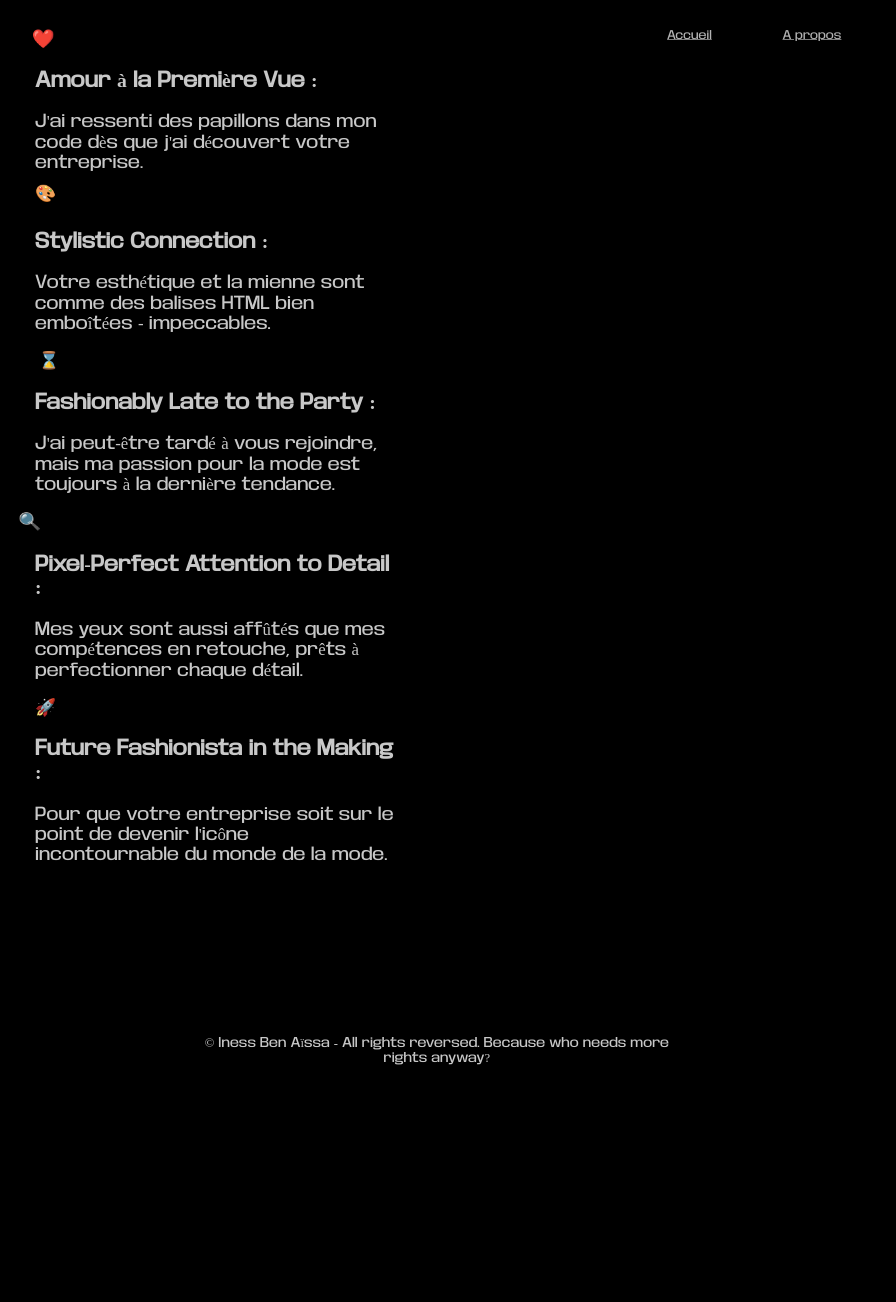
Repository: inessben/application
Page: company/company.html
An editor plug-in stored every save of this project. The page is shown before and after the next save, followed by the edit.
The browser window is 1280 px wide. The pictures show the whole page, at 70% of full size.

Above is the page before, as saved 2023-12-04 03:18:35.

After the next save:
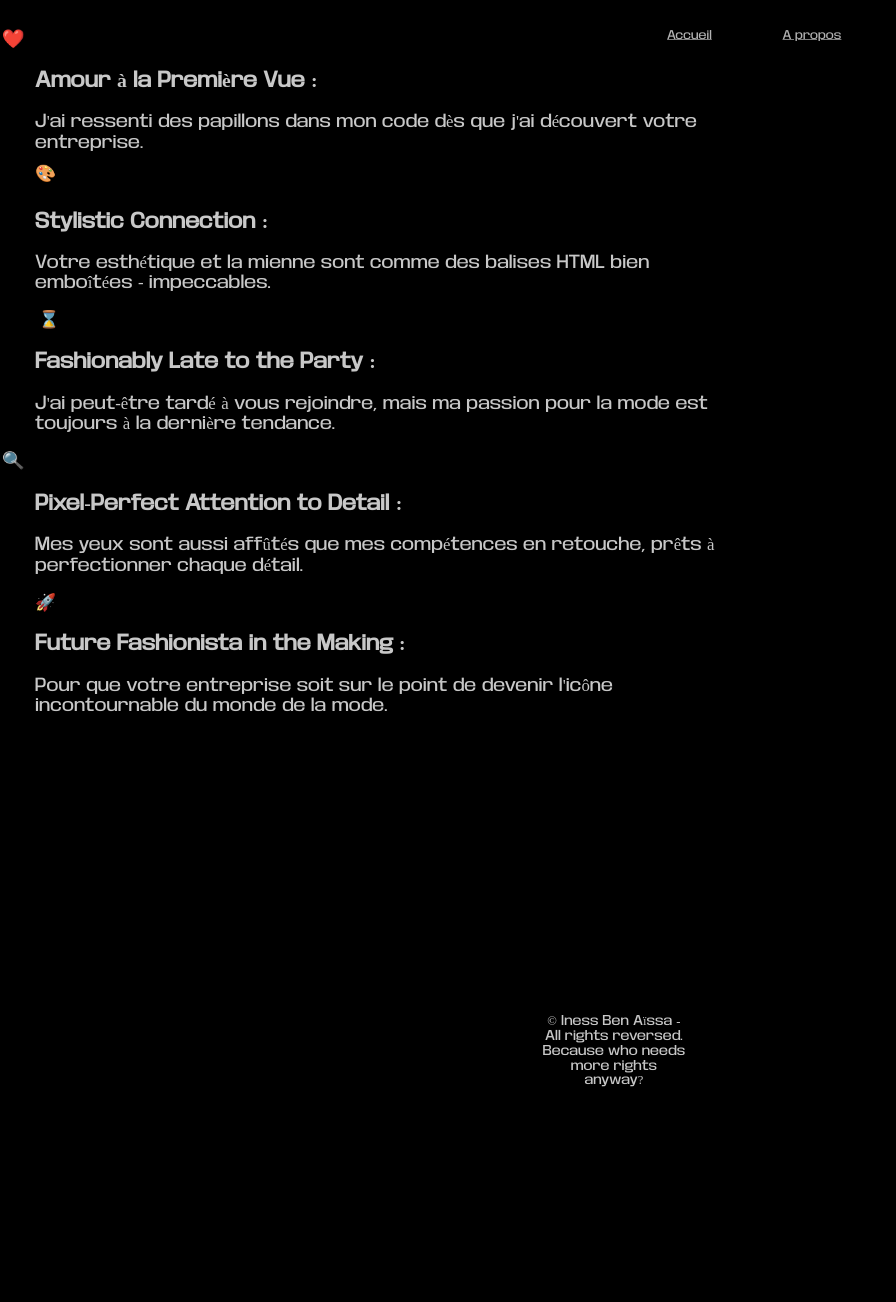
Saved 7 min 18 s later.
--- a/company/company.css
+++ b/company/company.css
@@ -69,8 +69,12 @@ font-family: "Base Neue";
     top: 100px;
 }
 
+.sentences{
+    position: relative;
+    width: 80vw;
+}
+
 #heart-animation {
-    width: 100px;
     animation: heartbeat 1.5s infinite;
     }
 
